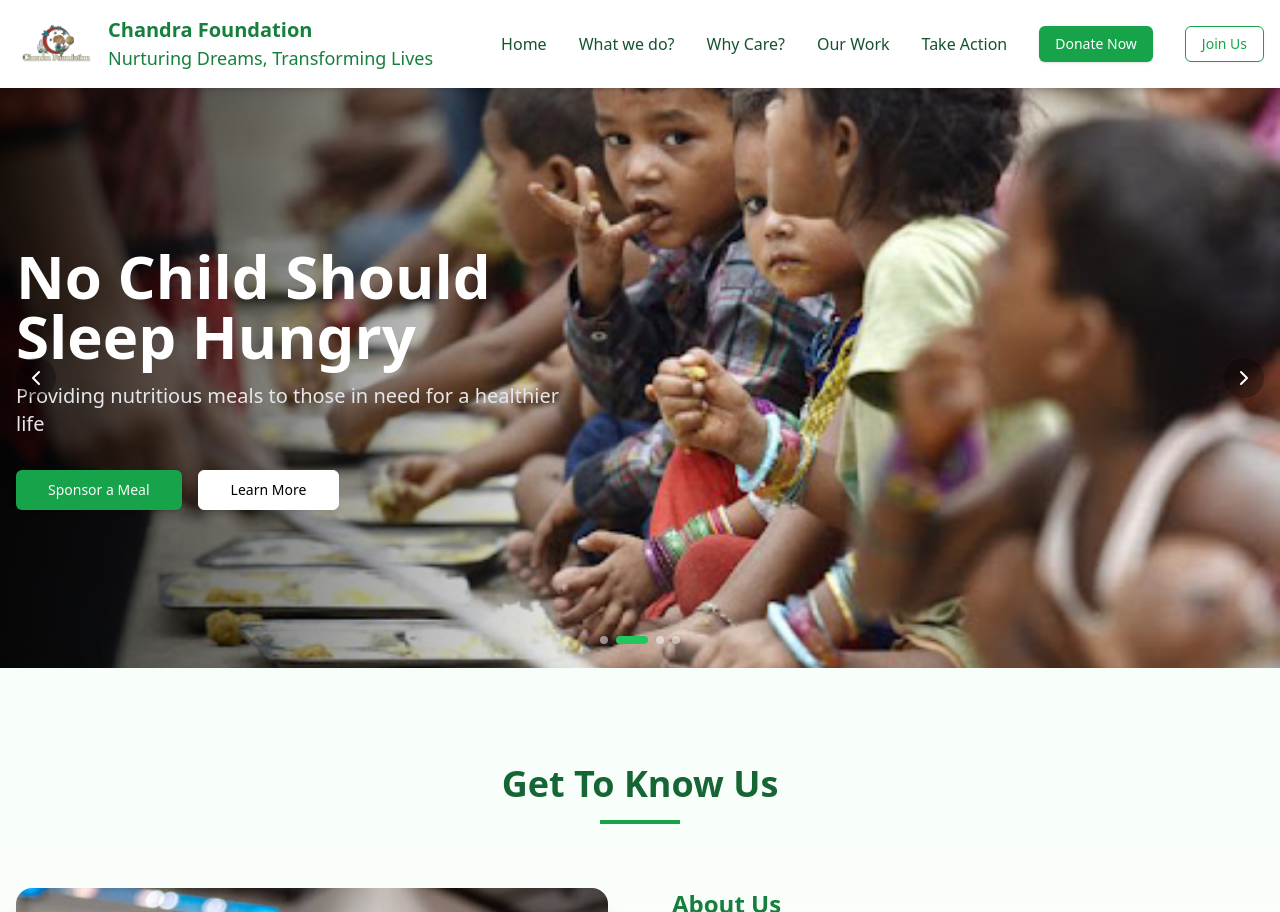
Repository: rajukumar2003/chandra-foundation
Page: /
These files come from the project's save history. The page is drawn as it stood at one moment and after a run of saves; the edit follows.
The browser window is 1280 px wide. The pictures show the part of the page from y = 0 to 912 px (the page is 7795 px tall).
Pictures or frames that could not be fetched are drawn as grey boxes. The project was rebuilt for these pictures with package versions that can differ from the ones it lists, and the page was loaded fresh each time. The framework's server and built-in components were replaced by stand-ins that run in the browser. Also part of the build but not shown: next.config.ts.

Above is the page before, as saved 2024-12-17 16:12:29.

After the next 4 saves:
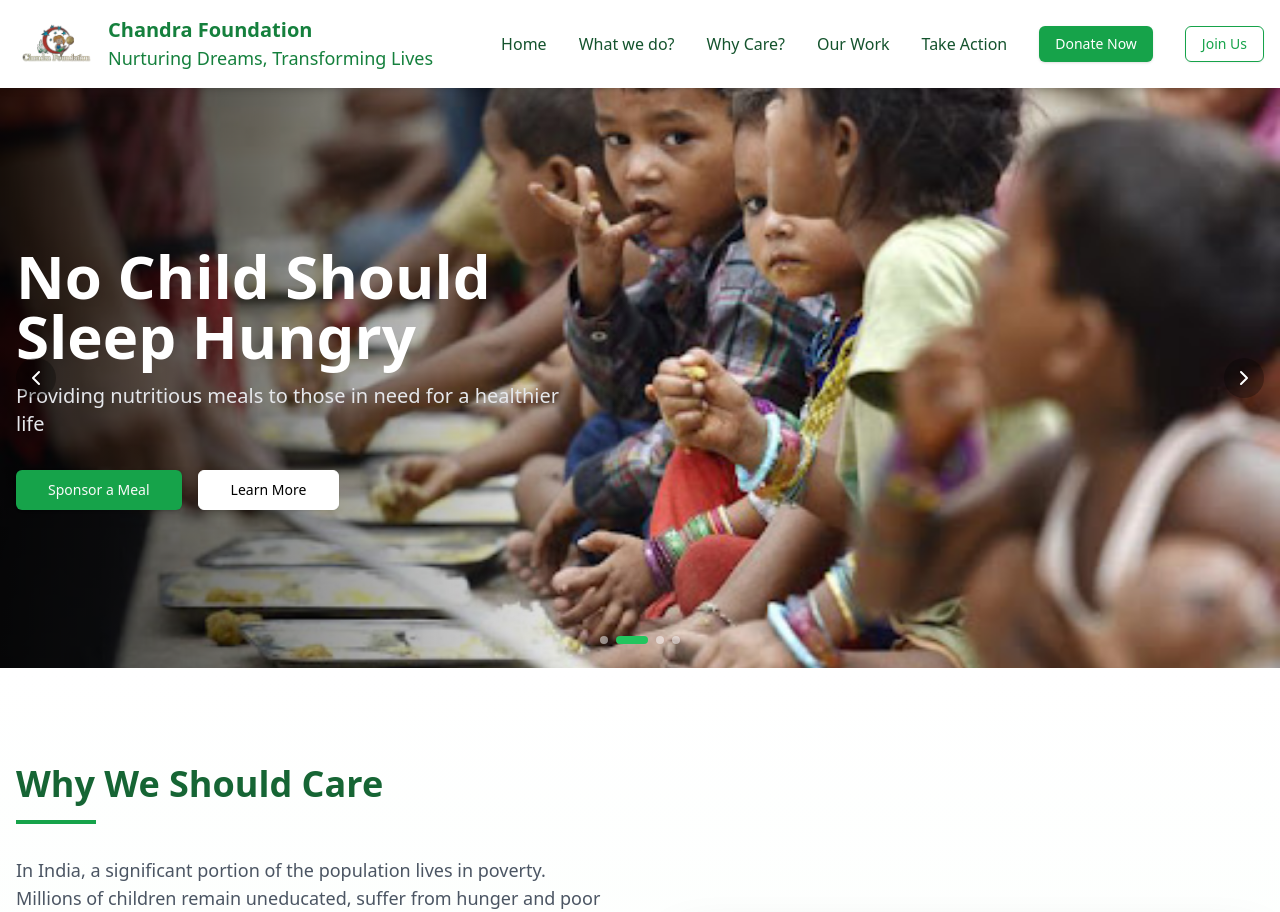
The 4 saves are shown as one change because they came seconds apart.
The last was saved 23 s later.
--- a/app/(root)/page.tsx
+++ b/app/(root)/page.tsx
@@ -21,6 +21,7 @@
   return (
     <main className="overflow-hidden">
       <HeroSection />
+      <WhyCare/>
       <AboutUs />
       <OurPrograms />
       <ImpactSection />
@@ -28,7 +29,6 @@
       <StorySection/>
       <FoundersMessage/>
       <CtaSection/>
-      <WhyCare/>
     </main>
   );
 }
